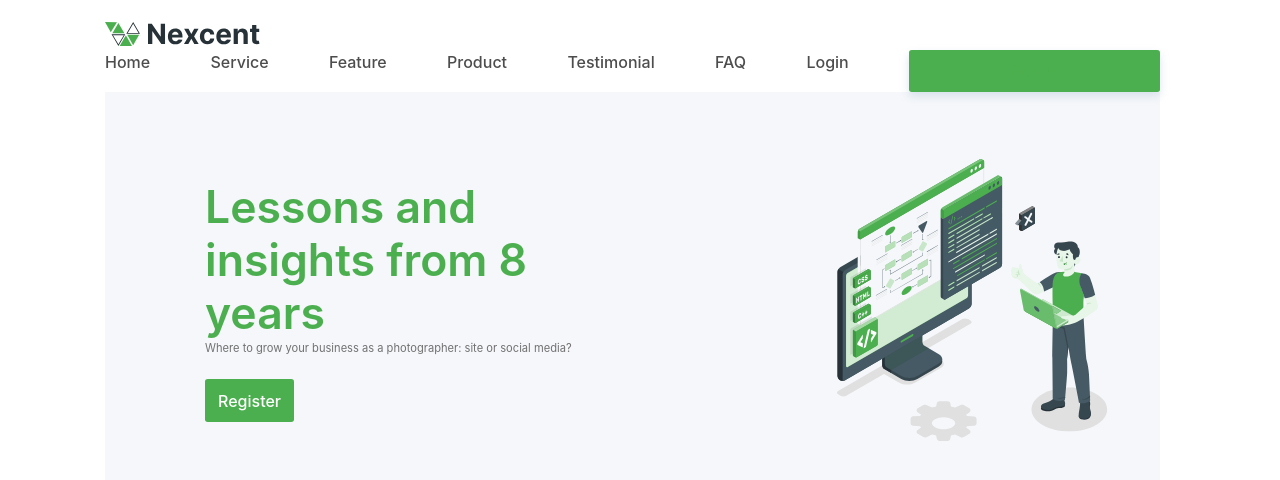
Repository: kubrazamanova/Folder4
Page: homePage/index.html
An editor plug-in stored every save of this project. The page is shown before and after the next save, followed by the edit.
The browser window is 1280 px wide. The pictures show the whole page.

Above is the page before, as saved 2023-11-11 11:32:16.

### homePage/index.html
<!DOCTYPE html>
<html lang="en">
  <head>
    <meta charset="UTF-8" />
    <meta name="viewport" content="width=device-width, initial-scale=1.0" />
    <link rel="stylesheet" href="index.css" />
    <title>Document</title>
  </head>
  <body>

    <div class="container">
      <nav>
        <img src="../images/Logo.svg" alt="">
        <ul>

          <li>
            <a href="#">Home</a>
          </li>

          <li>
            <a href="#">Service</a>
          </li>
          <li>
            <a href="#">Feature</a>
          </li>

          <li>
            <a href="#">Product</a>
          </li>

          <li>
            <a href="#">Testimonial</a>
          </li>

          <li>
            <a href="#">FAQ</a>
          </li>

          <li>
            <a href="#">Login</a>
          </li>

          <li>
            <a href="#">Sign up</a>
          </li>
        </ul>
      </nav>

      <div class="box2">
        <div class="left-side">
          <h1>Lessons and insights from 8 years</h1>
          <h2>
            Where to grow your business as a photographer: site or social media?
          </h2>
          <a href="#">Register</a>
        </div>

        <div class="right-side">
          <img src="../images/Illustration.svg" alt="" />
        </div>
      </div>
    </div>
  </body>
</html>

### homePage/index.css
* {
  margin: 0;
  padding: 0;
  box-sizing: border-box;
}

.container {
  min-height: 100vh;
  padding: 22px 120px 96px 105px;
}

.container nav ul {
  display: flex;
  justify-content: space-between;
}

.container nav ul li {
  list-style-type: none;
}

.container nav ul li a {
  color: var(--neutral-d-grey, #4d4d4d);
  text-align: center;
  font-family: Inter;
  font-size: 16px;
  font-style: normal;
  font-weight: 500;
  line-height: 24px;
  text-decoration: none;
}

.container nav ul li:last-child {
  text-decoration: none;
  color: var(--neutral-white, #fff);
  text-align: center;
  font-family: Inter;
  font-size: 16px;
  font-style: normal;
  font-weight: 500;
  line-height: 24px;
  display: flex;
  /* width: 133px; */
  padding: 11.137px 100.234px;
  justify-content: center;
  align-items: center;
  gap: 43.852px;
  background: var(--neutral-white, #fff);
  box-shadow: 0px 4px 8px 0px rgba(171, 190, 209, 0.4);
  border-radius: 2.784px;
  background: var(--brand-primary, #4caf4f);
}

.container nav ul li:nth-child(8) a {
  color: var(--brand-primary, #4caf4f);
  text-align: center;
  font-feature-settings: "salt" on, "clig" off, "liga" off;
  font-family: Inter;
  font-size: 14px;
  font-style: normal;
  font-weight: 500;
  line-height: 20px;
}

.container .box2 {
  display: flex;
  justify-content: space-between;
  align-items: center;
  padding: 66px 52px 66px 100px;
  background: var(--neutral-silver, #f5f7fa);
}

.container .box2 .left-side h1 {
  width: 450px;
  /* display: block;
    margin-top: 111px; */
  color: var(--neutral-d-grey, #4d4d4d);
  font-family: Inter;
  font-size: 44.548px;
  font-style: normal;
  font-weight: 600;
  line-height: 52.901px;
  color: var(--brand-primary, #4caf4f);
  font-family: Inter;
  font-size: 44.548px;
  font-style: normal;
  font-weight: 600;
  line-height: 52.901px;
  align-self: stretch;
}

.container .box2 .left-side h2 {
  /* display: flex;
     margin-bottom: 120px; */
  color: var(--neutral-grey, #717171);
  font-family: Inter;
  font-size: 11.137px;
  font-style: normal;
  font-weight: 400;
  line-height: 16.706px;
  margin-bottom: 22px;
}

.container .box2 .left-side a {
  width: 89px;
  text-decoration: none;
  color: var(--neutral-white, #fff);
  text-align: center;
  font-family: Inter;
  font-size: 16px;
  font-style: normal;
  font-weight: 500;
  line-height: 24px;
  display: flex;
  padding: 9.745px 22.274px;
  justify-content: center;
  align-items: center;
  gap: 6.961px;
  border-radius: 2.784px;
  background: var(--brand-primary, #4caf4f);
}

.container .box2 .right-side img {
  width: 272.163px;
  height: 283.3px;
}

After the next save:
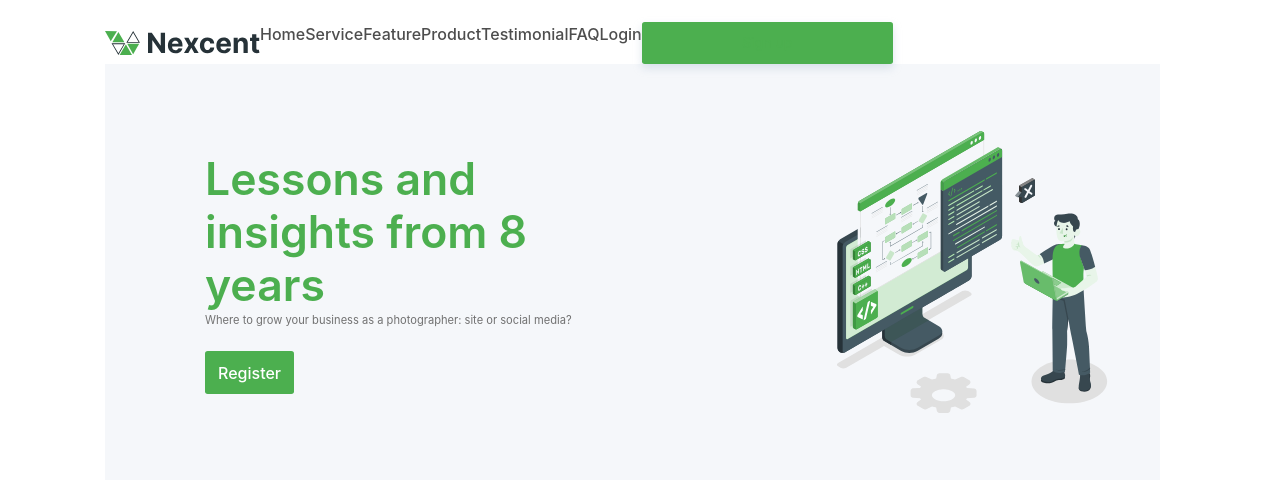
Saved 20 s later.
--- a/homePage/index.css
+++ b/homePage/index.css
@@ -8,7 +8,9 @@
   min-height: 100vh;
   padding: 22px 120px 96px 105px;
 }
-
+.container nav{
+  display: flex;
+}
 .container nav ul {
   display: flex;
   justify-content: space-between;
